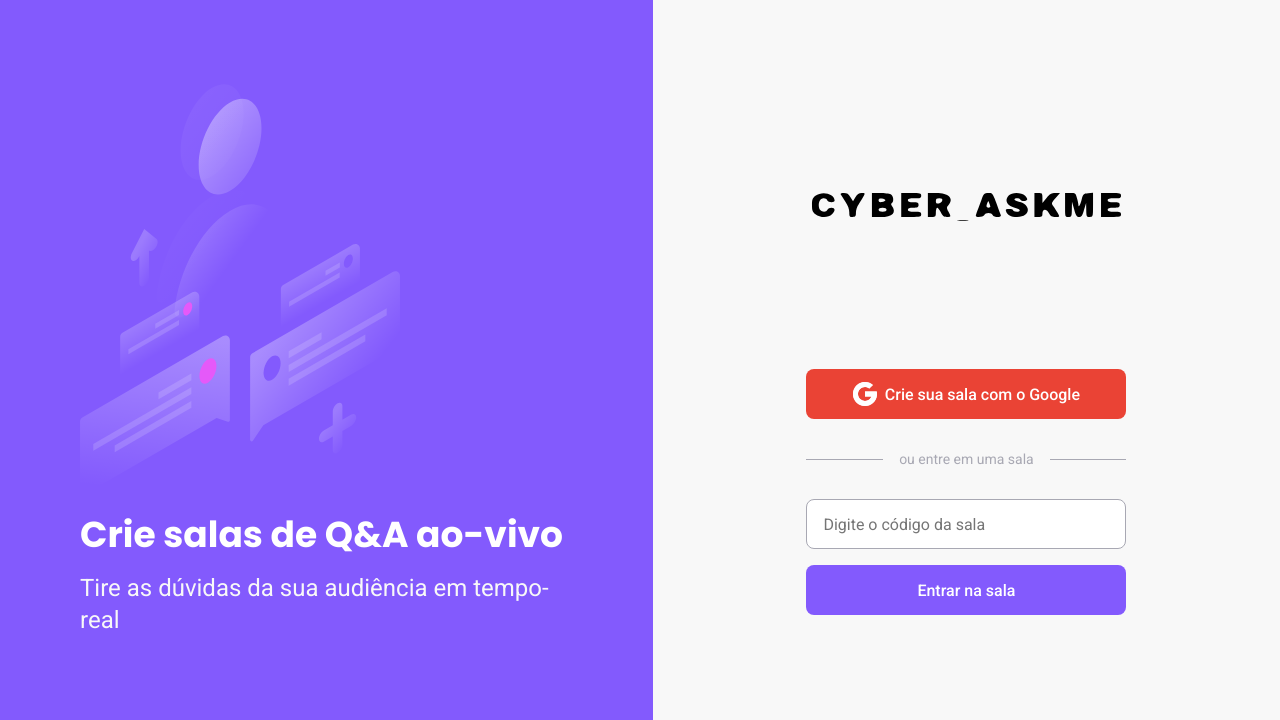
Repository: DevSecOpsRodrigo/cyberx
Page: /
These files come from the project's save history. The page is drawn as it stood at one moment and after the next save; the edit follows.
The browser window is 1280 px wide. The pictures show the whole page.
The project was rebuilt for these pictures with package versions that can differ from the ones it lists, and the page was loaded fresh each time. Also part of the build but not shown: src/pages/NewRoom.tsx, src/components/Question/styles.scss, src/components/Question/index.tsx, src/styles/room-code.scss, src/components/RoomCode.tsx, src/hooks/useRoom.ts, src/styles/room.scss, src/pages/Room.tsx and 1 more.

Above is the page before, as saved 2021-07-19 03:31:34.

### public/index.html
<!DOCTYPE html>
<html lang="en">
  <head>
    <meta charset="utf-8" />
    <meta name="viewport" content="width=device-width, initial-scale=1" />

    <link rel="preconnect" href="https://fonts.gstatic.com">
    <link href="https://fonts.googleapis.com/css2?family=Poppins:wght@400;700&family=Roboto:wght@400;500&display=swap" rel="stylesheet">

    <link rel="shortcut icon" href="favicon.png" />
    <title>Letmeask</title>
  </head>
  <body>
    <noscript>You need to enable JavaScript to run this app.</noscript>
    <div id="root"></div>
  </body>
</html>

### src/App.tsx
import { BrowserRouter, HashRouter, Route, Switch } from 'react-router-dom'

import { Home } from "./pages/Home";
import { NewRoom } from "./pages/NewRoom";
import { Room } from './pages/Room';
import { AdminRoom } from './pages/AdminRoom';

import { AuthContextProvider } from './contexts/AuthContext'

function App() {
  return (
   <HashRouter>
     <BrowserRouter>
       <AuthContextProvider>
         <Switch>
           <Route path="/" exact component={Home} />
           <Route path="/rooms/new" component={NewRoom} />
           <Route path="/rooms/:id" component={Room} />

           <Route path="/admin/rooms/:id" component={AdminRoom} />
         </Switch>
       </AuthContextProvider>
     </BrowserRouter>
    </HashRouter>
  );
}

export default App;

### src/services/firebase.ts
import firebase from 'firebase/app';

import 'firebase/auth';
import 'firebase/database';

const firebaseConfig = {
  apiKey: "AIzaSyB8s760YcuM7_H1orjfoDASmH31FOrPwCY",
  authDomain: "letmeask-projeto-a2916.firebaseapp.com",
  databaseURL: "https://letmeask-projeto-a2916-default-rtdb.firebaseio.com",
  projectId: "letmeask-projeto-a2916",
  storageBucket: "letmeask-projeto-a2916.appspot.com",
  messagingSenderId: "230011109510",
  appId: "1:230011109510:web:68f979985c181dc15bd107"
};


  firebase.initializeApp(firebaseConfig);

  export const auth = firebase.auth();
  export const database = firebase.database();

  export {firebase}

### src/pages/Home.tsx
import { useHistory } from 'react-router-dom'
import { FormEvent, useState } from 'react';

import illustrationImg from '../assets/images/illustration.svg'
import logoImg from '../assets/images/logo.svg';
import googleIconImg from '../assets/images/google-icon.svg';

import { database } from '../services/firebase';

import { Button } from '../components/Button';
import { useAuth } from '../hooks/useAuth';

import '../styles/auth.scss';

export function Home() {
  const history = useHistory();
  const { user, signInWithGoogle } = useAuth()
  const [roomCode, setRoomCode] = useState('');

  async function handleCreateRoom() {
    if (!user) {
      await signInWithGoogle()
    }

    history.push('/rooms/new');
  }

  async function handleJoinRoom(event: FormEvent) {
    event.preventDefault();

    if (roomCode.trim() === '') {
      return;
    }

    const roomRef = await database.ref(`rooms/${roomCode}`).get();

    if (!roomRef.exists()) {
      alert('Room does not exists.');
      return;
    }

    if (roomRef.val().endedAt) {
      alert('Room already closed.');
      return;
    }

    history.push(`/rooms/${roomCode}`);
  }

  return (
    <div id="page-auth">
      <aside>
        <img src={illustrationImg} alt="Ilustração simbolizando perguntas e respostas" />
        <strong>Crie salas de Q&amp;A ao-vivo</strong>
        <p>Tire as dúvidas da sua audiência em tempo-real</p>
      </aside>
      <main>
        <div className="main-content">
          <img src={logoImg} alt="Letmeask" />
          <button onClick={handleCreateRoom} className="create-room">
            <img src={googleIconImg} alt="Logo do Google" />
            Crie sua sala com o Google
          </button>
          <div className="separator">ou entre em uma sala</div>
          <form onSubmit={handleJoinRoom}>
            <input
              type="text"
              placeholder="Digite o código da sala"
              onChange={event => setRoomCode(event.target.value)}
              value={roomCode}
            />
            <Button type="submit">
              Entrar na sala
            </Button>
          </form>
        </div>
      </main>
    </div>
  )
}

### src/contexts/AuthContext.tsx
import { createContext, ReactNode, useEffect, useState } from "react";
import { auth, firebase } from "../services/firebase";

type User = {
  id: string;
  name: string;
  avatar: string;
}

type AuthContextType = {
  user: User | undefined;
  signInWithGoogle: () => Promise<void>;
}

type AuthContextProviderProps = {
  children: ReactNode;
}

export const AuthContext = createContext({} as AuthContextType);

export function AuthContextProvider(props: AuthContextProviderProps) {
  const [user, setUser] = useState<User>();

  useEffect(() => {
    const unsubscribe = auth.onAuthStateChanged(user => {
      if (user) {
        const { displayName, photoURL, uid } = user

        if (!displayName || !photoURL) {
          throw new Error('Missing information from Google Account.');
        }

        setUser({
          id: uid,
          name: displayName,
          avatar: photoURL
        })
      }
    })

    return () => {
      unsubscribe();
    }
  }, [])

  async function signInWithGoogle() {
    const provider = new firebase.auth.GoogleAuthProvider();

    const result = await auth.signInWithPopup(provider);

    if (result.user) {
      const { displayName, photoURL, uid } = result.user

      if (!displayName || !photoURL) {
        throw new Error('Missing information from Google Account.');
      }

      setUser({
        id: uid,
        name: displayName,
        avatar: photoURL
      })
    }
  }

  return (
    <AuthContext.Provider value={{ user, signInWithGoogle }}>
      {props.children}
    </AuthContext.Provider>
  );
}

### src/styles/auth.scss
#page-auth {
  display: flex;
  align-items: stretch;
  height: 100vh;

  aside {
    flex: 7;

    background: #835afd;
    color: #FFF;

    display: flex;
    flex-direction: column;
    justify-content: center;

    padding: 120px 80px;

    img {
      max-width: 320px;
    }

    strong {
      font: 700 36px 'Poppins', sans-serif;
      line-height: 42px;
      margin-top: 16px;
    }

    p {
      font-size: 24px;
      line-height: 32px;
      margin-top: 16px;
      color: #f8f8f8;
    }
  }

  main {
    flex: 8;

    padding: 0 32px;

    display: flex;
    align-items: center;
    justify-content: center;
  }

  .main-content {
    display: flex;
    flex-direction: column;
    width: 100%;
    max-width: 320px;
    align-items: stretch;
    text-align: center;

    > img {
      align-self: center;
    }

    h2 {
      font-size: 24px;
      margin: 64px 0 24px;
      font-family: 'Poppins', sans-serif;
    }

    form {
      input {
        height: 50px;
        border-radius: 8px;
        padding: 0 16px;
        background: #FFF;
        border: 1px solid #a8a8b3;
      }

      button {
        margin-top: 16px;
      }

      button, input {
        width: 100%;
      }
    }

    p {
      font-size: 14px;
      color: #737380;
      margin-top: 16px;

      a {
        color: #e559f9;
      }
    }
  }

  .create-room {
    margin-top: 64px;
    height: 50px;
    border-radius: 8px;
    font-weight: 500;
    background: #ea4335;
    color: #FFF;

    display: flex;
    justify-content: center;
    align-items: center;

    cursor: pointer;
    border: 0;

    transition: filter 0.2s;

    img {
      margin-right: 8px;
    }

    &:hover {
      filter: brightness(0.9);
    }
  }

  .separator {
    font-size: 14px;
    color: #a8a8b3;

    margin: 32px 0;
    display: flex;
    align-items: center;

    &::before {
      content: '';
      flex: 1;
      height: 1px;
      background: #a8a8b3;
      margin-right: 16px;
    }

    &::after {
      content: '';
      flex: 1;
      height: 1px;
      background: #a8a8b3;
      margin-left: 16px;
    }
  }
}

Loaded but not shown: src/index.tsx (common file); src/styles/global.scss (common file); src/components/Button.tsx (common file); src/hooks/useAuth.ts (common file); src/styles/button.scss (common file)

After the next save:
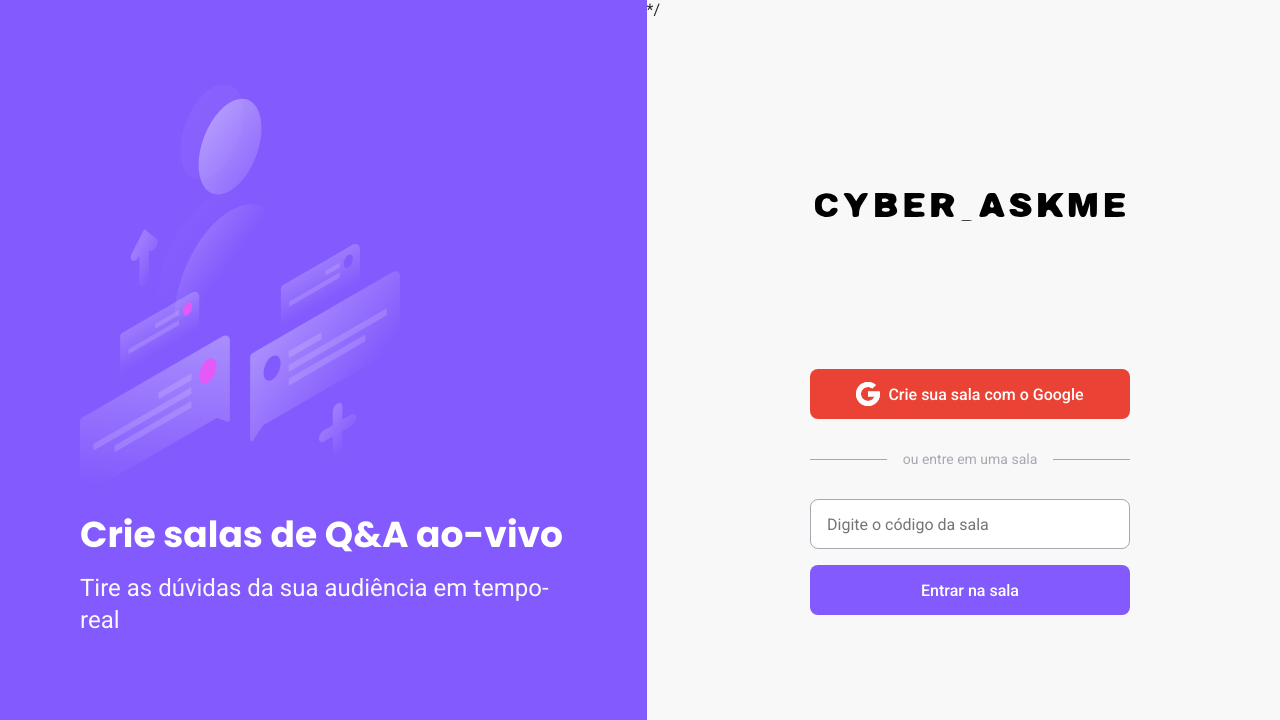
Saved 11 s later.
--- a/src/pages/Home.tsx
+++ b/src/pages/Home.tsx
@@ -53,7 +53,7 @@ export function Home() {
         <img src={illustrationImg} alt="Ilustração simbolizando perguntas e respostas" />
         <strong>Crie salas de Q&amp;A ao-vivo</strong>
         <p>Tire as dúvidas da sua audiência em tempo-real</p>
-      </aside>
+      </aside>*/
       <main>
         <div className="main-content">
           <img src={logoImg} alt="Letmeask" />
